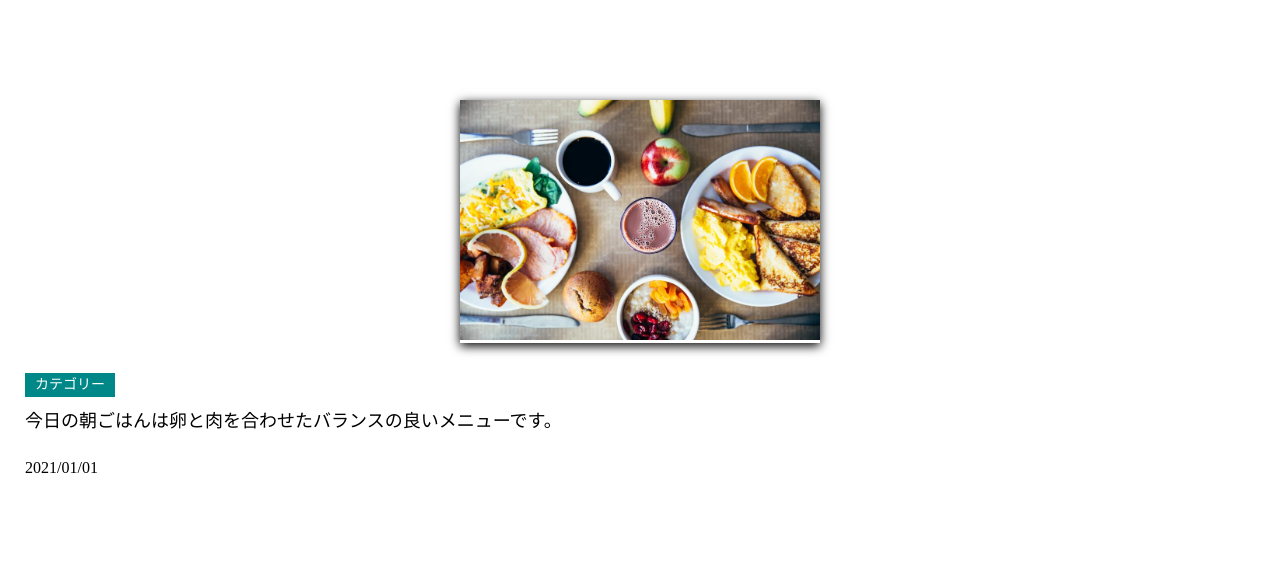
Repository: yosuke257/20231104_watanabe_css
Page: coachtech/html-css/index.html
The author's editor kept a copy of each file at every save. The page is drawn from the files as they stood at one save, then again after the next save.
The browser window is 1280 px wide. The pictures show the whole page.

Above is the page before, as saved 2023-10-23 00:35:15.

### coachtech/html-css/index.html
<!DOCTYPE html>
<html lang="ja">

<head>
    <meta charset="UTF-8">
    <meta name="viewport" content="width=device-width, initial-scale=1.0">
    <title>Document</title>
    <link rel="stylesheet" href="css/style.css" />
    <link rel="stylesheet" href="css/reset.css" />
</head>

<body>
    <div class="card">
        <div class="card__img">
            <img src="img/card.jpg" alt="">
        </div>
    </div>

    <div class="card__content">
        <div class="card__content-cat">カテゴリー</div>
        <h2 class="card__content-ttl">
            今日の朝ごはんは卵と肉を合わせたバランスの良いメニューです。
        </h2>
        <div class="card__content-tag">
            <p class="card__content-tag-item"></p>
            <p class="card__content-tag-item card__content-tag-item--last">2021/01/01</p>
        </div>
    </div>

</body>

</html>

### coachtech/html-css/css/style.css
.card {
    width: 360px;
    margin: 100px auto 0;
    box-shadow: 0px 3px 10px rgba(0, 0, 0, 2);
}

.card__img img {
    width: 100%;
}

.card__content {
    padding: 15px 25px;
    margin-left: auto;
    margin-right: auto;
}

.card__content-cat {
    font-size: 14px;
    background-color: #008888;
    color: #fff;
    margin: 15px 0 15px 0;
    padding: 5px 10px;
    display: inline-block;
}

.card__content-ttl {
    font-size: 18px;
    margin-bottom: 30px;
    font-weight: 400;
}

### coachtech/html-css/css/reset.css
 /*
html5doctor.com Reset Stylesheet
v1.6.1
Last Updated: 2010-09-17
Author: Richard Clark - http://richclarkdesign.com
Twitter: @rich_clark
*/

 html,
 body,
 div,
 span,
 object,
 iframe,
 h1,
 h2,
 h3,
 h4,
 h5,
 h6,
 p,
 blockquote,
 pre,
 abbr,
 address,
 cite,
 code,
 del,
 dfn,
 em,
 img,
 ins,
 kbd,
 q,
 samp,
 small,
 strong,
 sub,
 sup,
 var,
 b,
 i,
 dl,
 dt,
 dd,
 ol,
 ul,
 li,
 fieldset,
 form,
 label,
 legend,
 table,
 caption,
 tbody,
 tfoot,
 thead,
 tr,
 th,
 td,
 article,
 aside,
 canvas,
 details,
 figcaption,
 figure,
 footer,
 header,
 hgroup,
 menu,
 nav,
 section,
 summary,
 time,
 mark,
 audio,
 video {
     margin: 0;
     padding: 0;
     border: 0;
     outline: 0;
     font-size: 100%;
     vertical-align: baseline;
     background: transparent;
 }

 body {
     line-height: 1;
 }

 article,
 aside,
 details,
 figcaption,
 figure,
 footer,
 header,
 hgroup,
 menu,
 nav,
 section {
     display: block;
 }

 nav ul {
     list-style: none;
 }

 blockquote,
 q {
     quotes: none;
 }

 blockquote:before,
 blockquote:after,
 q:before,
 q:after {
     content: '';
     content: none;
 }

 a {
     margin: 0;
     padding: 0;
     font-size: 100%;
     vertical-align: baseline;
     background: transparent;
 }

 /* change colours to suit your needs */
 ins {
     background-color: #ff9;
     color: #000;
     text-decoration: none;
 }

 /* change colours to suit your needs */
 mark {
     background-color: #ff9;
     color: #000;
     font-style: italic;
     font-weight: bold;
 }

 del {
     text-decoration: line-through;
 }

 abbr[title],
 dfn[title] {
     border-bottom: 1px dotted;
     cursor: help;
 }

 table {
     border-collapse: collapse;
     border-spacing: 0;
 }

 /* change border colour to suit your needs */
 hr {
     display: block;
     height: 1px;
     border: 0;
     border-top: 1px solid #cccccc;
     margin: 1em 0;
     padding: 0;
 }

 input,
 select {
     vertical-align: middle;
 }

After the next save:
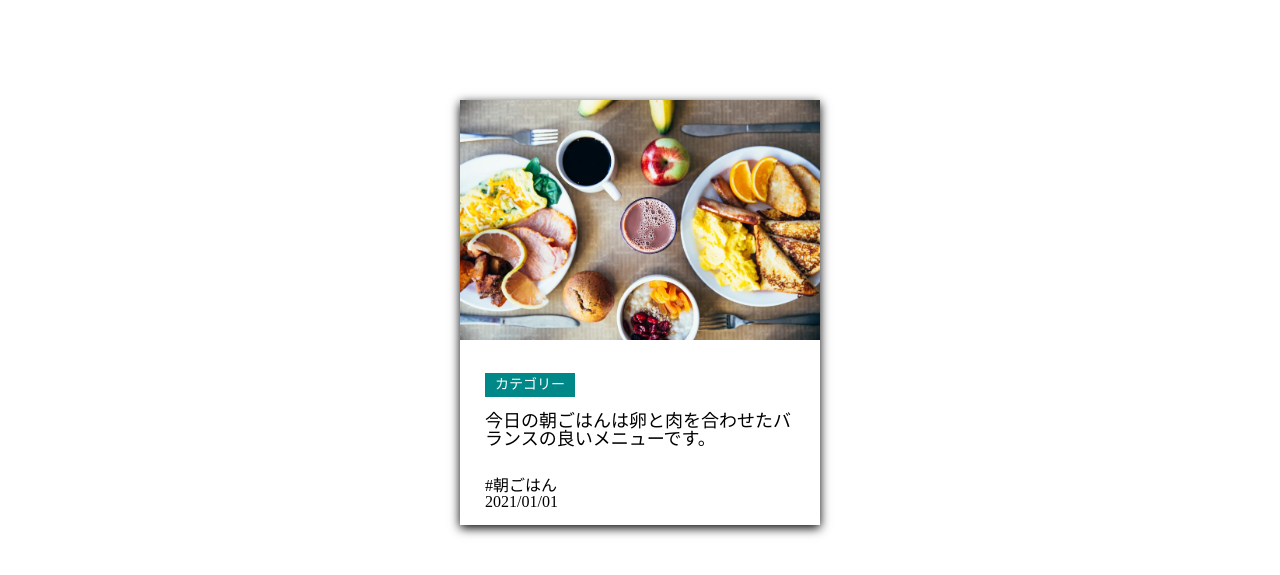
Saved 41 s later.
--- a/coachtech/html-css/index.html
+++ b/coachtech/html-css/index.html
@@ -12,19 +12,21 @@
 <body>
     <div class="card">
         <div class="card__img">
-            <img src="img/card.jpg" alt="">
+            <img src="img/card.jpg" alt="" />
+        </div>
+        <div class="card__content">
+            <div class="card__content-cat">カテゴリー</div>
+            <h2 class="card__content-ttl">
+                今日の朝ごはんは卵と肉を合わせたバランスの良いメニューです。
+            </h2>
+            <div class="card__content-tag">
+                <p class="card__content-tag-item">#朝ごはん</p>
+                <p class="card__content-tag-item card__content-tag-item--last">
+                    2021/01/01
+                </p>
+            </div>
         </div>
     </div>
-
-    <div class="card__content">
-        <div class="card__content-cat">カテゴリー</div>
-        <h2 class="card__content-ttl">
-            今日の朝ごはんは卵と肉を合わせたバランスの良いメニューです。
-        </h2>
-        <div class="card__content-tag">
-            <p class="card__content-tag-item"></p>
-            <p class="card__content-tag-item card__content-tag-item--last">2021/01/01</p>
-        </div>
     </div>
 
 </body>
